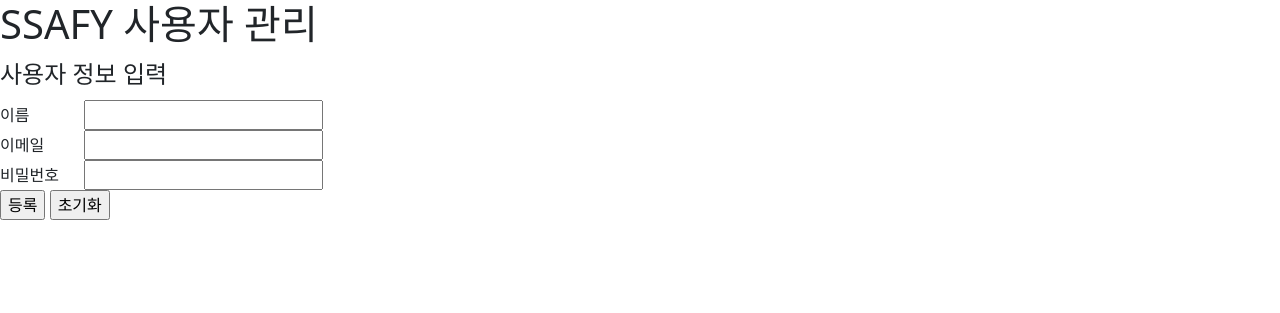
Repository: rltn2121/ssafy_7th
Page: http://localhost/BoardWebAjaxJson/jsp/register_result.jsp
An editor plug-in stored every save of this project. The page is shown before and after the next save, followed by the edit.
The browser window is 1280 px wide. The pictures show the whole page.
The page is served by Tomcat 9.

Above is the page before, as saved 2022-03-23 12:28:35.

After the next save:
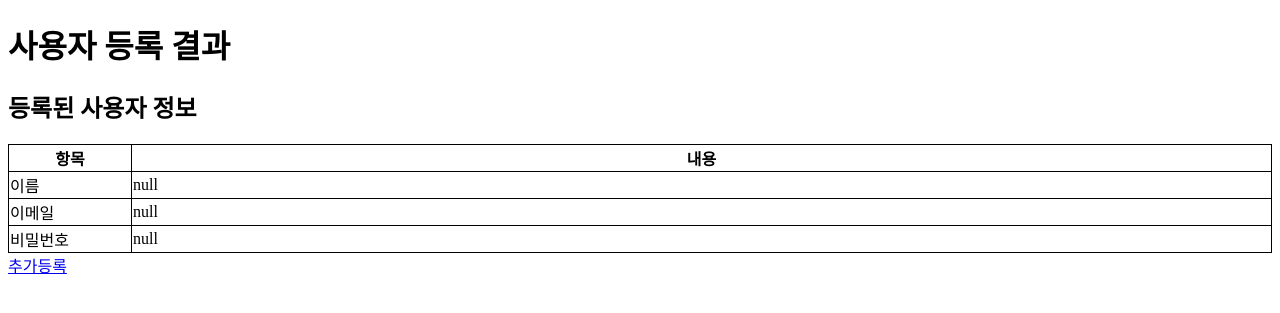
Saved 2 min 56 s later.
--- a/BoardWebAjaxJson/WebContent/jsp/register_result.jsp
+++ b/BoardWebAjaxJson/WebContent/jsp/register_result.jsp
@@ -1,35 +1,51 @@
-<%@ page language="java" contentType="text/html; charset=UTF-8"
-    pageEncoding="UTF-8"%>
+<%@ page language="java" contentType="text/html; charset=UTF-8"%>
 <!DOCTYPE html>
 <html>
 <head>
 <meta charset="UTF-8">
-<title>사용자정보사이트</title>
-<link href="https://cdn.jsdelivr.net/npm/bootstrap@5.0.2/dist/css/bootstrap.min.css" rel="stylesheet" integrity="sha384-EVSTQN3/azprG1Anm3QDgpJLIm9Nao0Yz1ztcQTwFspd3yD65VohhpuuCOmLASjC" crossorigin="anonymous">
-<script src="https://cdn.jsdelivr.net/npm/bootstrap@5.0.2/dist/js/bootstrap.bundle.min.js" integrity="sha384-MrcW6ZMFYlzcLA8Nl+NtUVF0sA7MsXsP1UyJoMp4YLEuNSfAP+JcXn/tWtIaxVXM" crossorigin="anonymous"></script>
+<title>사용자 등록 결과</title>
 <style>
-	label {
-		display: inline-block;
-		width: 80px;
-	}
+table {
+	border-collapse: collapse;
+	width: 100%;
+}
+
+th, td {
+	border: 1px solid black;
+}
+
+th:nth-child(1) {
+	width: 120px;
+}
 </style>
 </head>
 <body>
-	<h1>SSAFY 사용자 관리</h1>
-	<form method="post" action="/register">
-		<fieldset>
-		<legend>사용자 정보 입력</legend>
-		<!-- front-controller pattern에서 요청을 구분하기 위한 parameter -->
-		<input type="hidden" name="action" value="regist">
-		<label for="userName">이름</label>
-		<input type="text" id="userName" name="userName"><br>
-		<label for="userEmail">이메일</label>
-		<input type="email" id="userEmail" name="userEmail"><br>
-		<label for="userPassword">비밀번호</label>
-		<input type="password" id="userPassword" name="userPassword"><br>
-		<input type="submit" value="등록">
-		<input type="reset" value="초기화">
-		</fieldset>
-	</form>
+	<h1>사용자 등록 결과</h1>
+	<h2>등록된 사용자 정보</h2>
+	<%-- 테이블 내에서 User의 내용을 출력하기 위해 expression tag를 사용한다. --%>
+	<table>
+		<thead>
+			<tr>
+				<th>항목</th>
+				<th>내용</th>
+			</tr>
+		</thead>
+		<tbody>
+			<tr>
+				<td>이름</td>
+				<td><%=request.getAttribute("userName")%></td>
+			</tr>
+			<tr>
+				<td>이메일</td>
+				<td><%=request.getAttribute("userEmail")%></td>
+			</tr>
+			<tr>
+				<td>비밀번호</td>
+				<td><%=request.getAttribute("userPassword")%></td>
+			</tr>
+		</tbody>
+	</table>
+	<!-- 다시 사용자를 등록할 수 있는 링크를 제공한다. -->
+	<a href="regist.html">추가등록</a>
 </body>
 </html>
